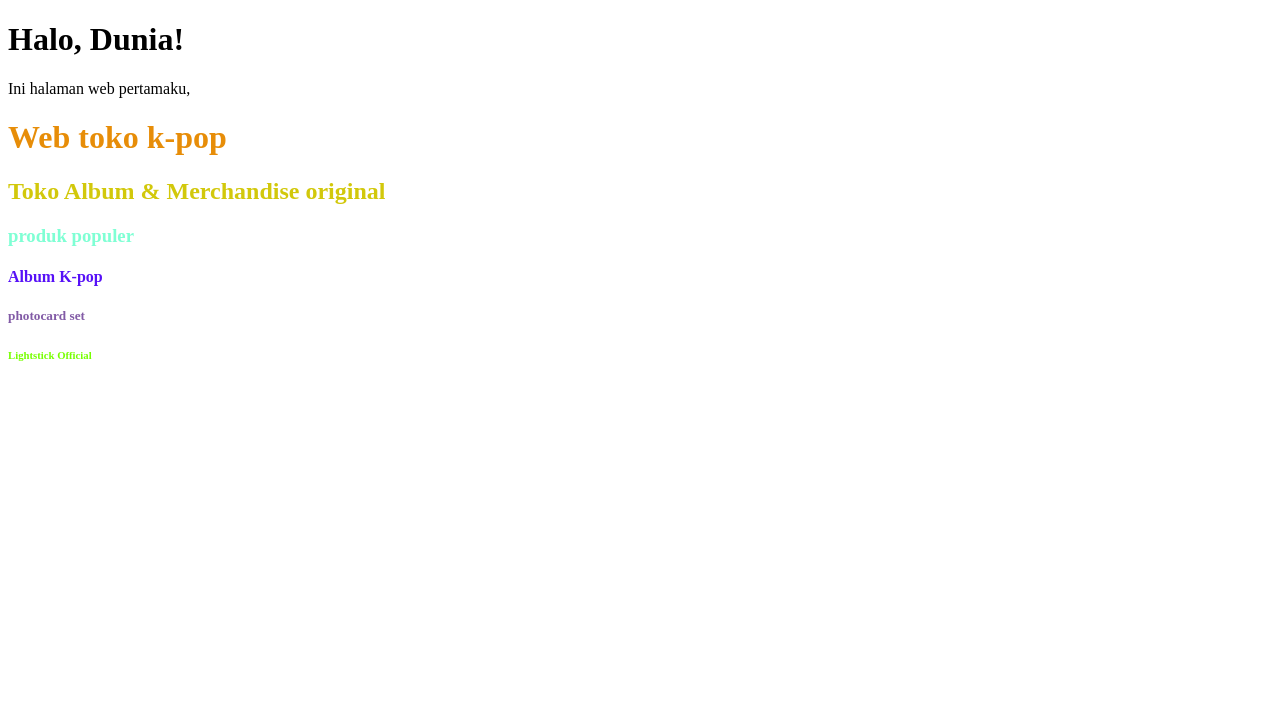
Repository: sekartazivi/241552010020-Web-Application-Development
Page: test.html
The author's editor kept a copy of each file at every save. The page is drawn from the files as they stood at one save, then again after a run of saves.
The browser window is 1280 px wide. The pictures show the whole page.

Above is the page before, as saved 2026-02-20 08:52:10.

After the next 2 saves:
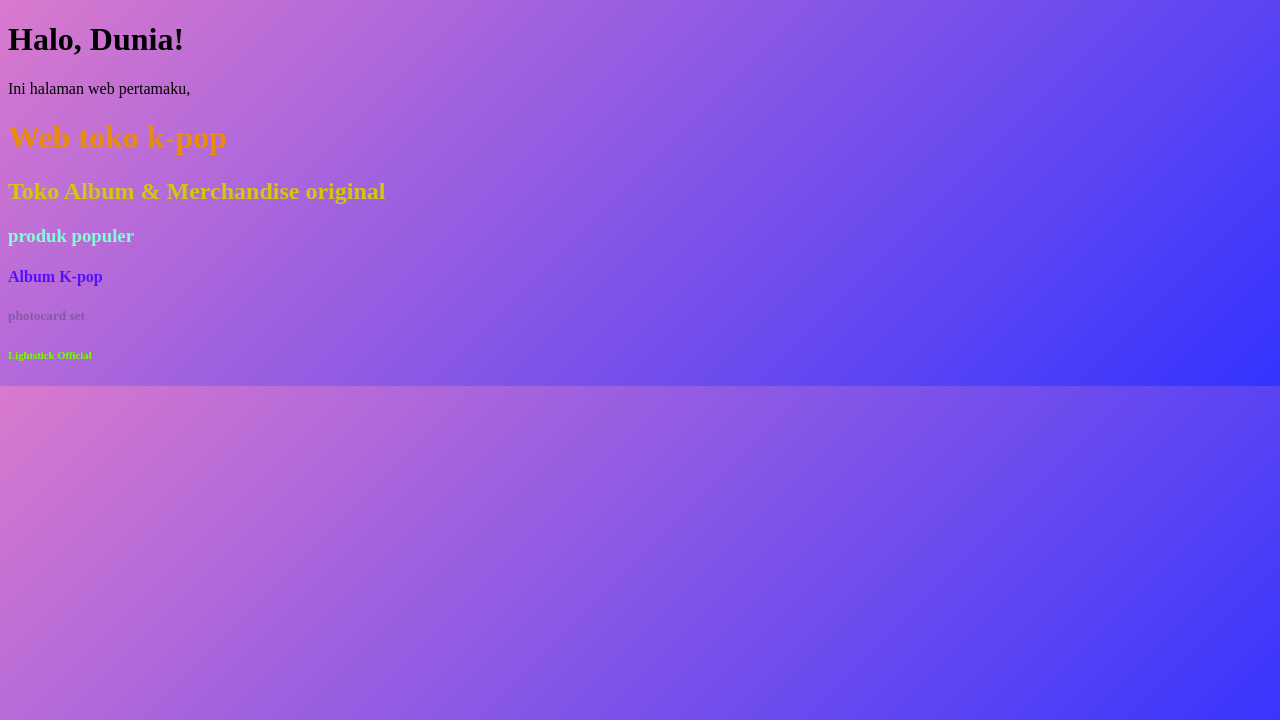
The 2 saves are shown as one change because they came seconds apart.
The last was saved 30 s later.
--- a/test.html
+++ b/test.html
@@ -5,7 +5,12 @@
     <meta name="viewport" content="width=device-width, initial-scale=<,>">
     <title> web toko kpop</title>
 
-    <style></style>
+    <style>
+         body {
+            background: linear-gradient(135deg, #d15ec3d3, #3333ff);
+        }
+    </style>
+    </style>
 
 
 
